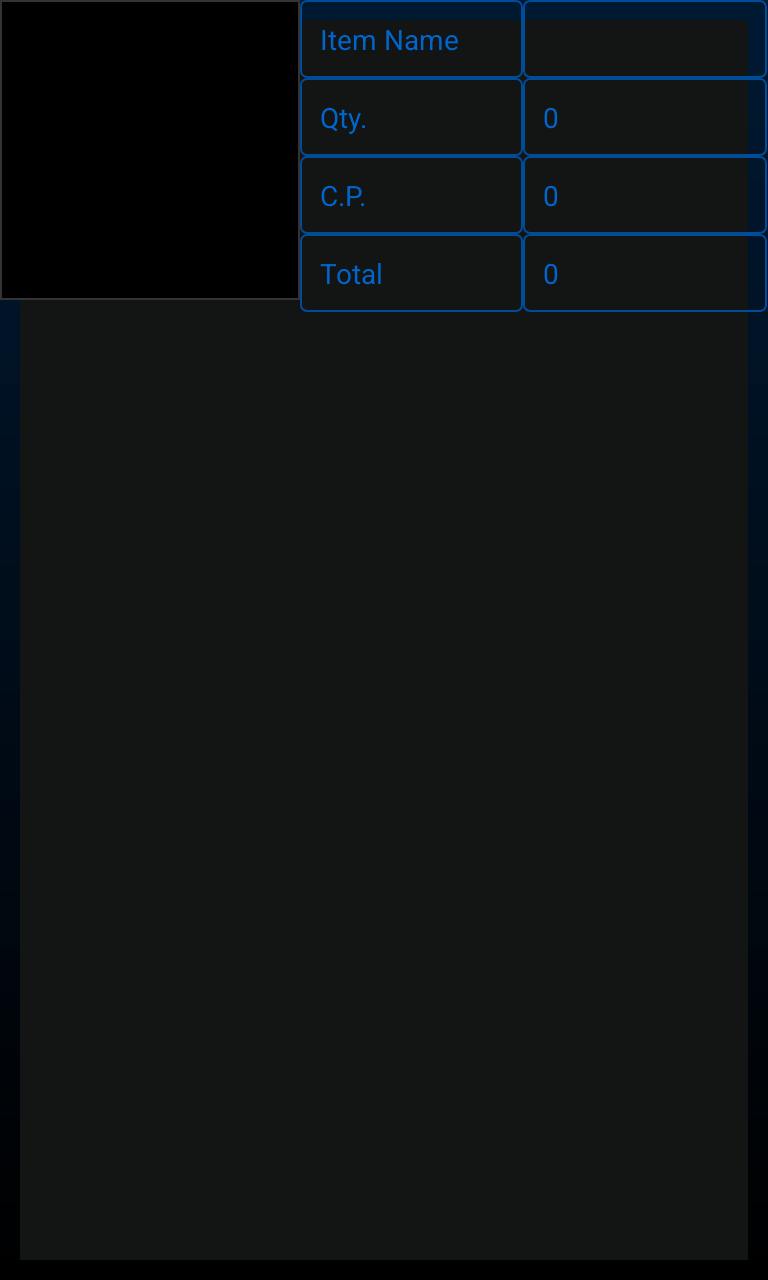
Repository: jasleen1291/B2BMobileApplication
Layout: Mobile E Commerce/B2B/res/layout/order_item.xml
These files come from the project's save history. The layout is drawn as it stood at one moment and after the next save; the edit follows.
It is drawn on a 768 x 1280 px phone screen (xhdpi) without system bars, with theme mycustomtheme; the app's code is not run.

Above is the layout before, as saved 2013-05-25 16:34:39.

### Mobile E Commerce/B2B/res/layout/order_item.xml
<?xml version="1.0" encoding="utf-8"?>
<LinearLayout xmlns:android="http://schemas.android.com/apk/res/android"
    android:layout_width="match_parent"
    android:layout_height="match_parent"
    android:orientation="horizontal" >

    <ImageView
        android:id="@+id/imageView1"
        android:layout_width="150dp"
        android:layout_height="150dp"
        android:contentDescription="@string/action_forgot_password"
        android:src="@drawable/cell_shape" />

    <TableLayout
        android:layout_width="match_parent"
        android:layout_height="wrap_content"
         android:stretchColumns="*" >
 <TableRow
        android:id="@+id/tableRow2"
        android:layout_width="wrap_content"
        android:layout_height="wrap_content" >

     <TextView
         android:id="@+id/textView4"
         android:layout_width="wrap_content"
         android:layout_height="match_parent"
         android:background="@drawable/textview_border"
         android:text="@string/itemname" />

     <TextView
         android:id="@+id/itemname"
         android:layout_width="100dp"
         android:layout_height="wrap_content"
         android:background="@drawable/textview_border"
         android:textIsSelectable="true" />

    </TableRow>
        <TableRow
            android:id="@+id/tableRow6"
            android:layout_width="wrap_content"
            android:layout_height="wrap_content" >

            <TextView
                android:id="@+id/textView3"
                android:layout_width="wrap_content"
                android:layout_height="wrap_content"
                android:background="@drawable/textview_border"
                android:text="@string/qty" />

            <TextView
                android:id="@+id/totalitems"
                android:layout_width="100dp"
                android:layout_height="match_parent"
                android:background="@drawable/textview_border"
                android:text="@string/zero"
                 />
        </TableRow>

        <TableRow
            android:id="@+id/tableRow1"
            android:layout_width="wrap_content"
            android:layout_height="wrap_content" >

            <TextView
                android:id="@+id/textView2"
                android:layout_width="wrap_content"
                android:layout_height="wrap_content"
                android:background="@drawable/textview_border"
                android:text="@string/cp" />

            <TextView
                android:id="@+id/cp"
                android:layout_width="100dp"
                android:layout_height="wrap_content"
                android:background="@drawable/textview_border"
                android:text="@string/zero"
                 />

        </TableRow>

        <TableRow
            android:layout_width="wrap_content"
            android:layout_height="wrap_content" >

            <TextView
                android:id="@+id/textView1"
                android:layout_width="wrap_content"
                android:layout_height="wrap_content"
                android:background="@drawable/textview_border"
                android:text="@string/total" />

            <TextView
                android:id="@+id/total"
                android:layout_width="100dp"
                android:layout_height="match_parent"
                android:background="@drawable/textview_border"
                android:text="@string/zero"
                 />
        </TableRow>
    </TableLayout>



</LinearLayout>

### Mobile E Commerce/B2B/res/values/mycustomtheme.xml
<?xml version="1.0" encoding="utf-8"?>
<resources xmlns:android="http://schemas.android.com/apk/res/android">
    <style name="mycustomtheme" parent="@android:style/Theme.NoTitleBar.Fullscreen">
        <item name="android:windowBackground">@drawable/mybg</item>
       	<item name="android:textColor">#0066cc</item>
       	<item name="android:textColorHint">#51BFE2</item>
    </style>

</resources>

### Mobile E Commerce/B2B/res/drawable/mybg.xml
<?xml version="1.0" encoding="utf-8"?>
<layer-list  xmlns:android="http://schemas.android.com/apk/res/android">
    <item>
<shape android:shape="rectangle">



        <gradient android:startColor="#001933"  android:endColor="#000" android:angle="270"/>


</shape>
</item>
<item android:left="10dp" android:top="10dp" android:right="10dp" android:bottom="10dp">

<shape android:shape="rectangle">



        <solid android:color="#131414"></solid>


</shape>
</item>
</layer-list>

### Mobile E Commerce/B2B/res/values/strings_activity_login.xml
<resources>

    <string name="title_activity_login">Sign in</string>

    <!-- Strings related to login -->
    <string name="prompt_email">Username</string>
    <string name="prompt_password">Password</string>
    <string name="action_sign_in_register"><b>Sign in</b> or register</string>
    <string name="action_sign_in_short">Sign in</string>
    <string name="action_forgot_password">Recover lost password</string>
    <string name="login_progress_signing_in">Signing in&#8230;</string>
    <string name="error_invalid_email">This email address is invalid</string>
    <string name="error_invalid_password">This password is too short</string>
    <string name="error_incorrect_password">This password is incorrect</string>
    <string name="error_field_required">This field is required</string>
    <string name="login">Login</string>

</resources>

### Mobile E Commerce/B2B/res/drawable/cell_shape.xml
<?xml version="1.0" encoding="utf-8"?>
<shape
  xmlns:android="http://schemas.android.com/apk/res/android"
    android:shape= "rectangle"  >
        <solid android:color="#000"/>
        <stroke android:width="1dp"  android:color="#333"/>
</shape>

### Mobile E Commerce/B2B/res/drawable/textview_border.xml
<?xml version="1.0" encoding="utf-8"?>
<shape xmlns:android="http://schemas.android.com/apk/res/android" android:shape="rectangle">
    <corners android:radius="3dp"></corners>
	<stroke android:width="1dp" android:color="#004C99"/>
	<padding android:left="10dp" android:top="10dp" android:right="10dp" android:bottom="10dp"/>
</shape>

### Mobile E Commerce/B2B/res/values/strings.xml
<?xml version="1.0" encoding="utf-8"?>
<resources>

    <string name="app_name">B2B</string>
    <string name="action_settings">Settings</string>
    <string name="hello_world">Hello world!</string>
    <string name="Loading">Loading&#8230;&#8230;&#8230;</string>
    <string name="title_activity_sign_up">Sign Up</string>

    <string-array name="signUpAsArray">
        <item>Customer</item>
        <item>Retailer</item>
        <item>Supplier</item>
    </string-array>

    <string name="title_activity_registeration">RegisterationActivity</string>
    <string name="title_activity_customer_area">CustomerArea</string>
    <string name="welcome">Welcome</string>
    <string name="title_activity_admin_area">Admin_area</string>
    <string name="general_complaint_fragment">General Complaint</string>
    <string name="hello_blank_fragment">Hello blank fragment</string>
    <string name="general_complaint">General Complaint</string>
    <string name="respond">Respond</string>
    <string name="submit">Submit</string>
    <string name="addcategory">Parent Category</string>
    <string name="categoryhint">Category</string>
    <string name="AddParentCategory">Add super category</string>
    <string name="complaintAbout">Complaint About</string>
    <string name="complainFrom">Complaint From</string>
    <string name="itemComplaint">Complaints about Items</string>
    <string name="shopComplaint">Complaint about shop</string>
    <string name="generalNotification">General Notification</string>
    <string name="urgentNotification">Urgent Notification</string>
    <string name="title">Title</string>
    <string name="message">Message</string>
    <string name="markAll">Mark all</string>
    <string name="advertisementPricing">Advertisement Pricing</string>
    <string name="desc">Description</string>
    <string name="days">No of days</string>
    <string name="cost">Cost</string>
    <string name="size">Size of advertisement</string>
    <string name="type">Type</string>
    <string name="fine">Fine</string>
    <string name="pickCategory">Pick a Category</string>

    <string-array name="typeArray">
        <item>Retailer</item>
        <item>Supplier</item>
    </string-array>

    <string name="update">Update</string>
    <string name="delete">Delete</string>
    <string name="view_advertisement">View Advertisements</string>
    <string name="noofcategories">No of Categories</string>
    <string name="shoppricing">Shop Pricing</string>
    <string name="view_fine_pricing">View Fine Pricing</string>
    <string name="shop_pricing">Shop Pricing</string>
    <string name="subCategory">Add Sub Category</string>
    <string name="addshop">Add Shop</string>
    <string name="title_activity_pay_fine">Pay Fine</string>
    <string name="finetitle">Your account has been suspended by the admin. Pay fine to continue using this applciation.</string>
    <string name="fineabc">Your payment has been received. Your account will now be restored. Please wait few minutes</string>
    <string name="title_activity_retailer_area">Retailer_area</string>
    <string name="title_activity_first_time_login">FirstTimeLogin</string>
    <string name="EditMyCategories">Edit My Categories</string>
    <string name="addnewitem">Add New Item</string>
    <string name="itemname">Item Name</string>
    <string name="longdescription">Long Description</string>
    <string name="qtyperunit">Qty Per unit</string>
    <string name="unit_of_measurement">Unit of Measurement</string>
    <string name="shopName">Shop Name</string>
    <string name="description">Description</string>
    <string name="categoriesAllowed">No of categories allowed</string>
    <string name="itemsSelling">No of Items Selling</string>
    <string name="itemsAvailable">No of Items not Selling</string>
    <string name="expirydate">Expiry Date</string>
    <string name="paymentEmail">Payment Email</string>
    <string name="selectcategory">Select a Category</string>
    <string name="clicktochange">Click On Image To Change It</string>
    <string name="cp">C.P.</string>
    <string name="sp">S.P.</string>
    <string name="minorder">Min order</string>
    <string name="discount">Discount</string>
    <string name="qtyonorder">Qty. On Order</string>
    <string name="qtyonhand">Qty. On Hand</string>
    <string name="qty">Qty.</string>
    <string name="viewdetails">View Details</string>
    <string name="note">Long Click on Image to view expanded image</string>
    <string name="chngImg">Change Image</string>
    <string name="addWarehouse">Add Warehouse</string>
    <string name="name">Name</string>
    <string name="cancel">Cancel</string>
    <string name="itemavailabilty">Item Availabilty</string>
    <string name="batchDiscounts">Batch Discounts</string>
    <string name="clicktoupdate">Click to Update</string>
    <string name="add">Add</string>
    <string name="place_order">Place Order</string>
    <string name="Method">Method</string>
    <string name="warehouse">Warehouse</string>
    <string-array name="ordervia">
        <item >Email</item>
        <item >SMS</item>
        <item >Phone</item>
    </string-array>
        <string name="total">Total</string>
        <string name="zero">0</string>
        <string name="totalitems">Total No of Items</string>

</resources>

After the next save:
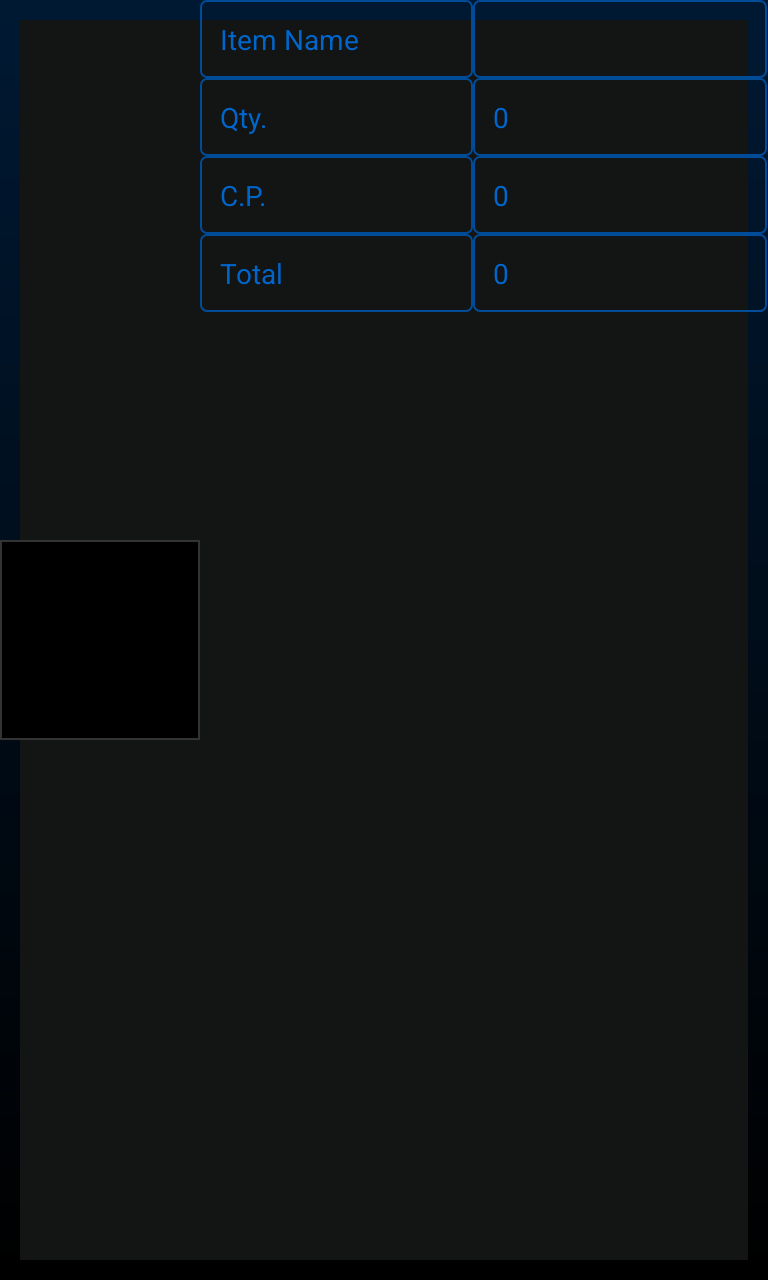
Saved 49 s later.
--- a/Mobile E Commerce/B2B/res/layout/order_item.xml
+++ b/Mobile E Commerce/B2B/res/layout/order_item.xml
@@ -6,8 +6,9 @@
 
     <ImageView
         android:id="@+id/imageView1"
-        android:layout_width="150dp"
-        android:layout_height="150dp"
+        android:layout_width="100dp"
+        android:layout_height="100dp"
+        android:layout_gravity="center_vertical"
         android:contentDescription="@string/action_forgot_password"
         android:src="@drawable/cell_shape" />
 
